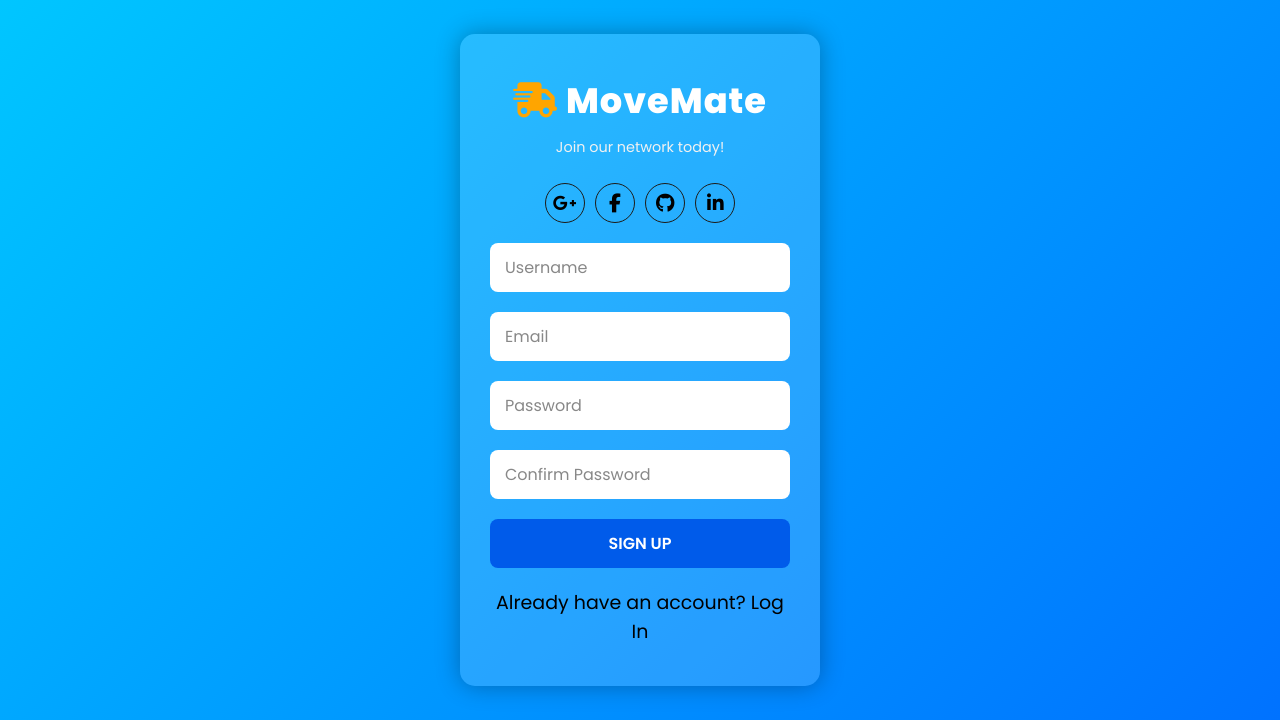
Repository: MoveMate7018/Slokdhorda7014
Page: registration.html
The author's editor kept a copy of each file at every save. The page is drawn from the files as they stood at one save, then again after the next save.
The browser window is 1280 px wide. The pictures show the whole page.

Above is the page before, as saved 2025-10-27 14:55:58.

After the next save:
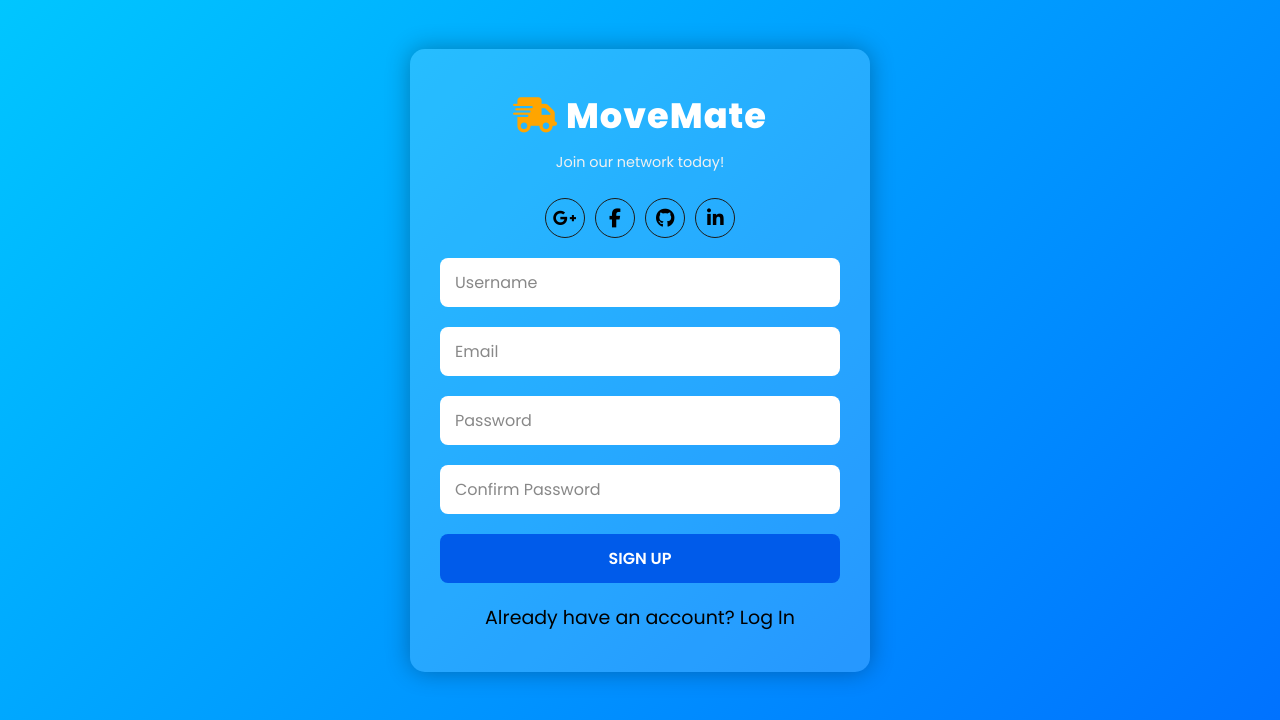
Saved 22 s later.
--- a/Assets/css/registration.css
+++ b/Assets/css/registration.css
@@ -22,7 +22,7 @@
 
 
         .container {
-            width: 360px;
+            width: 460px;
             background: rgba(255, 255, 255, 0.15);
             border-radius: 15px;
             backdrop-filter: blur(10px);
